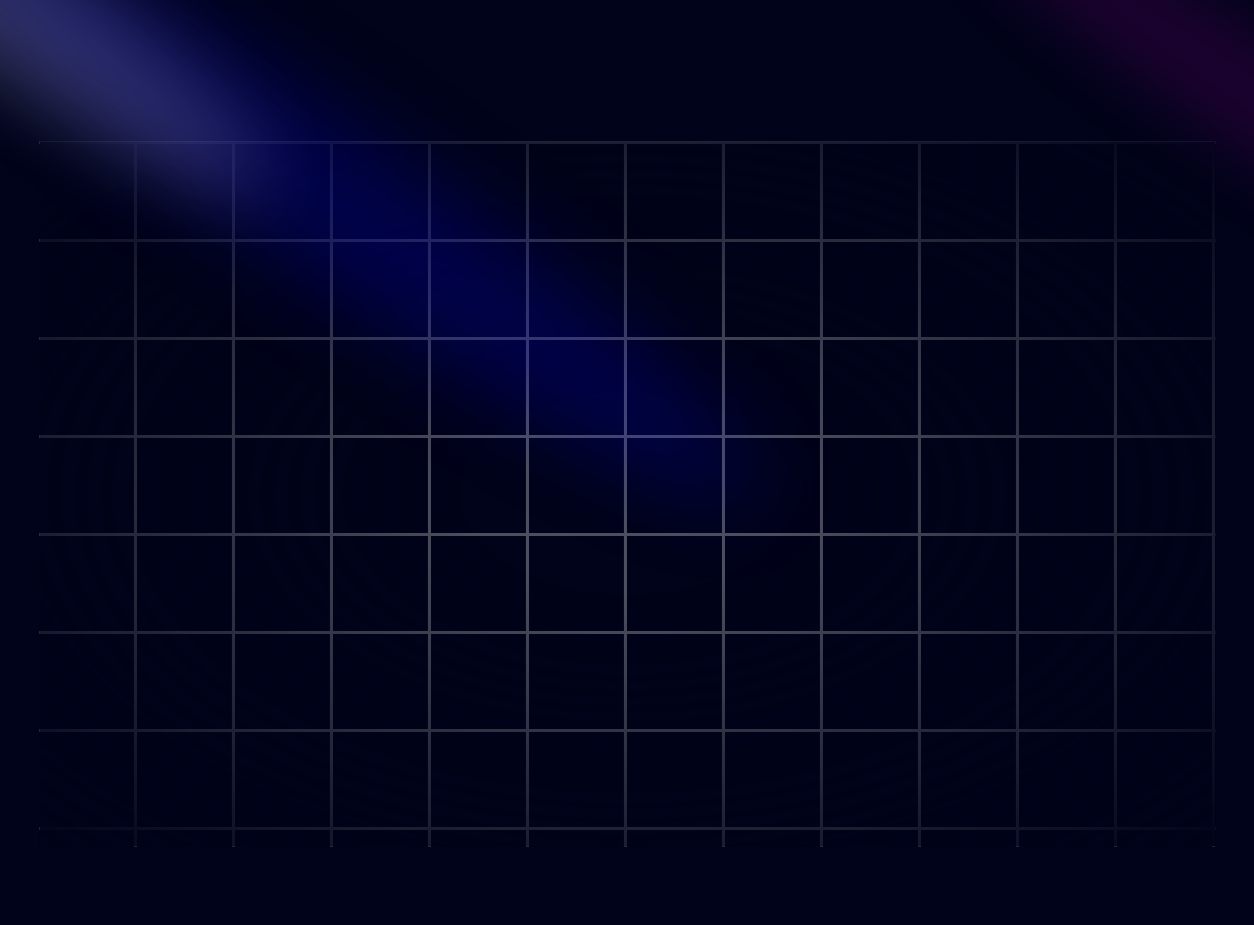
Repository: drsamame/portfolio.next
Page: /
An editor plug-in stored every save of this project. The page is shown before and after the next save, followed by the edit.
The browser window is 1280 px wide. The pictures show the whole page, at 98% of full size.
The project was rebuilt for these pictures with package versions that can differ from the ones it lists, and the page was loaded fresh each time. The framework's server and built-in components were replaced by stand-ins that run in the browser. Also part of the build but not shown: next.config.mjs.

Above is the page before, as saved 2024-07-02 15:33:30.

After the next save:
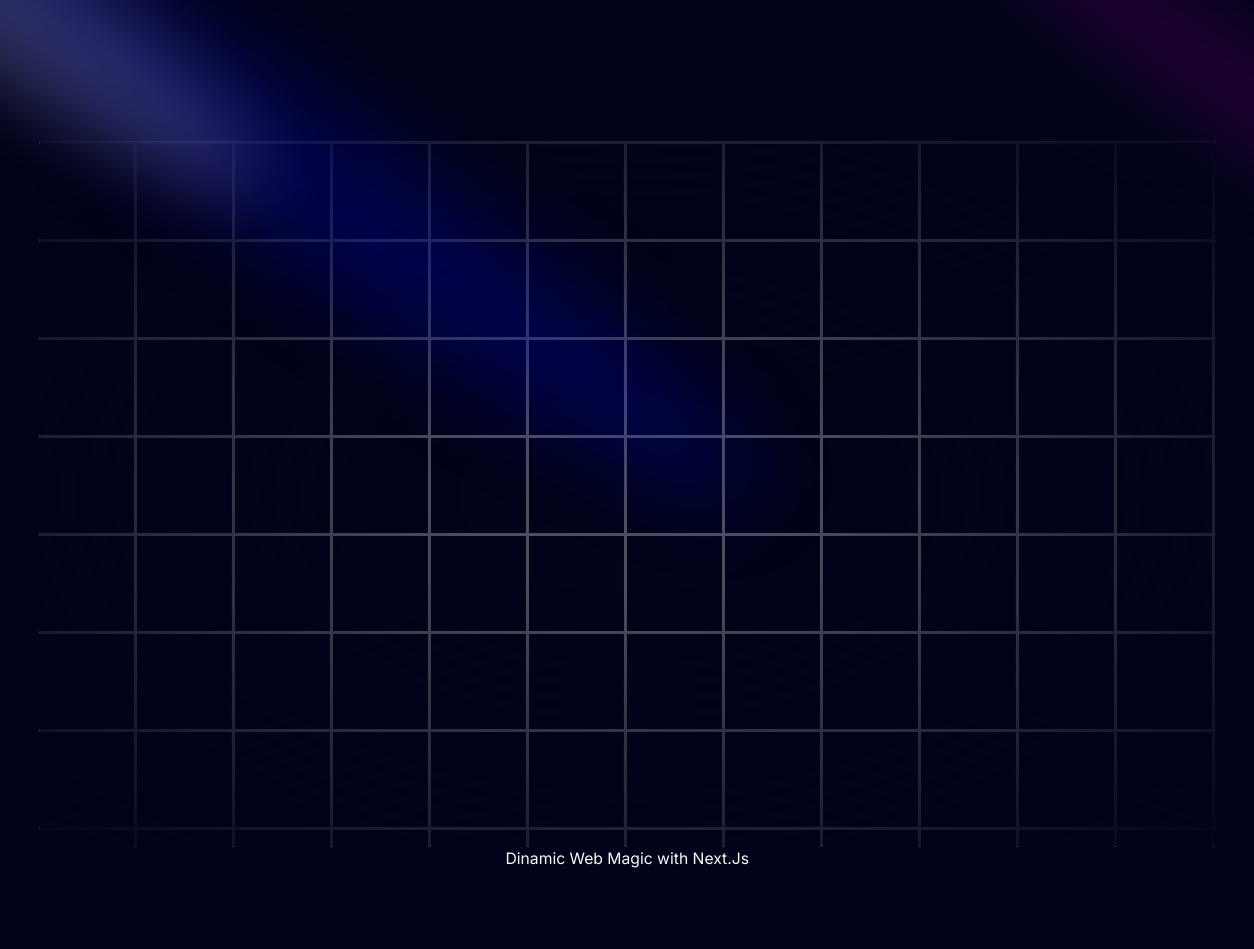
Saved 3 min 10 s later.
--- a/components/Hero.tsx
+++ b/components/Hero.tsx
@@ -19,6 +19,11 @@
 			<div className="h-screen w-full dark:bg-black-100 bg-white  dark:bg-grid-white/[0.3] bg-grid-black/[0.2] relative flex items-center justify-center">
 				<div className="absolute pointer-events-none inset-0 flex items-center justify-center dark:bg-black-100 bg-white [mask-image:radial-gradient(ellipse_at_center,transparent_20%,black)]"></div>
 			</div>
+			<div className='flex justify-center'>
+				<div className='max-w-[89vw]'>
+					<h1>Dinamic Web Magic with Next.Js</h1>
+				</div>
+			</div>
 		</div>
 	);
 }
